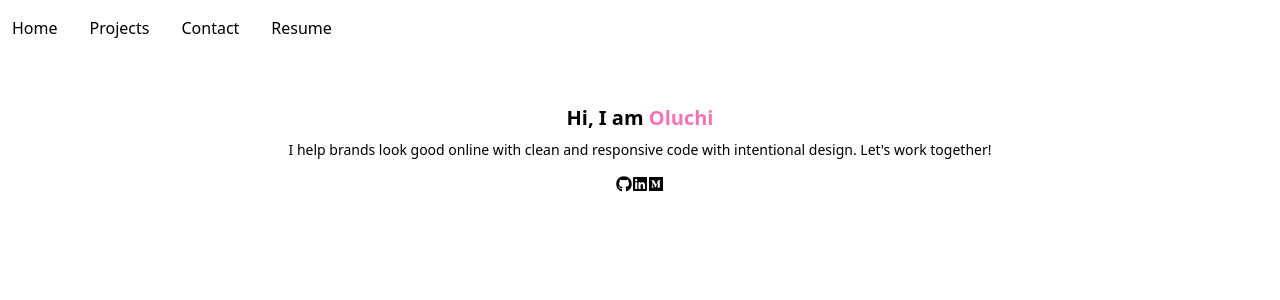
Repository: ooluchi/portfolio_
Page: / (app in my-react-app/)
An editor plug-in stored every save of this project. The page is shown before and after a run of saves, followed by the edit.
The browser window is 1280 px wide. The pictures show the whole page.
The project was rebuilt for these pictures with package versions that can differ from the ones it lists, and the page was loaded fresh each time. Also part of the build but not shown: my-react-app/vite.config.ts.

Above is the page before, as saved 2025-11-20 12:18:51.

After the next 3 saves:
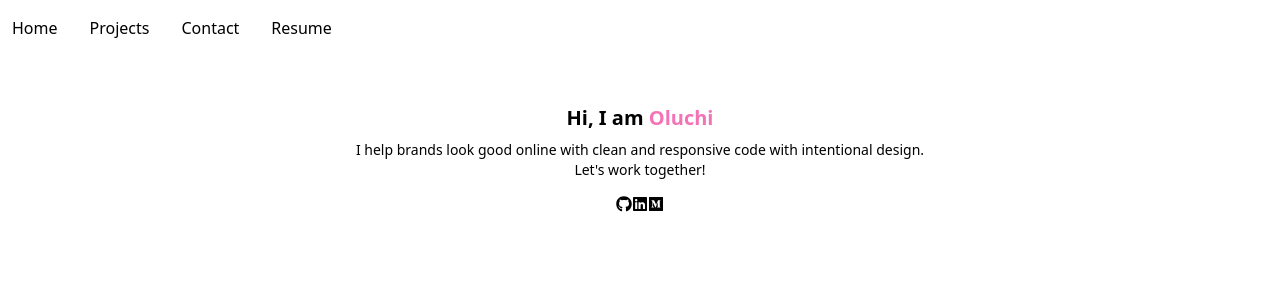
The 3 saves are shown as one change because 1 did not build or start and some came seconds apart.
The last was saved 20 s later.
--- a/my-react-app/src/components/Home.tsx
+++ b/my-react-app/src/components/Home.tsx
@@ -10,7 +10,7 @@ export default function Home() {
       <div className="text-center ">
         <h1 className="font-semibold mt-12 text-xl">Hi, I am <span className="text-pink-400">Oluchi</span></h1>
         <div className="mt-2 text-sm">
-          <p>I help brands look good online with clean and responsive code with intentional design. Let's work together!</p>
+          <p>I help brands look good online with clean and responsive code with intentional design.</p><p>Let's work together!</p>
         </div>
 
       </div>
